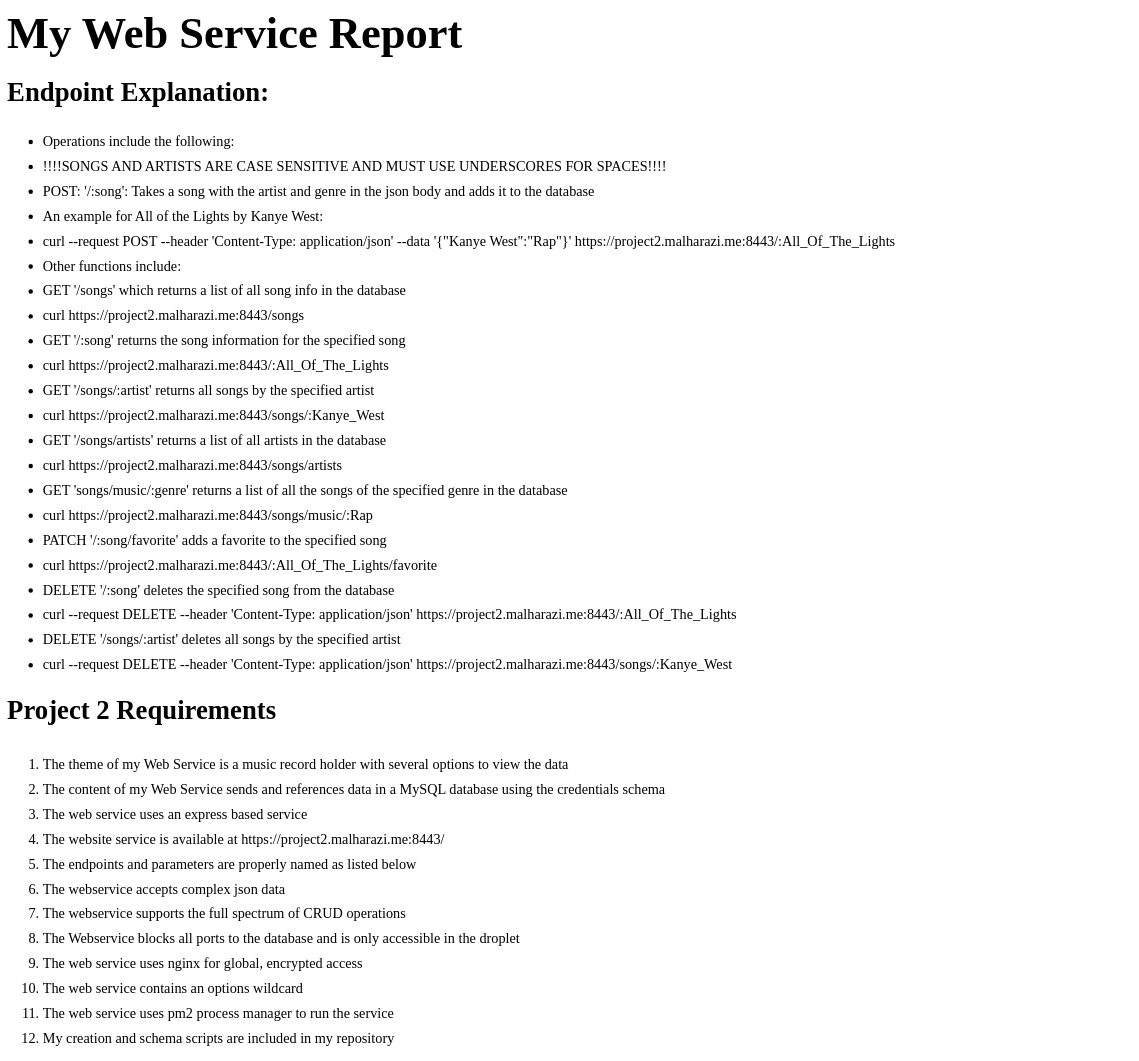
Repository: alharama/WebService
Page: report.html
The author's editor kept a copy of each file at every save. The page is drawn from the files as they stood at one save, then again after the next save.
The browser window is 1280 px wide. The pictures show the whole page, at 89% of full size.

Above is the page before, as saved 2021-11-01 19:45:48.

### report.html
<!DOCTYPE html>
<html lang="en">
  <head>
    <title>Web Service Report</title>

    <style>
      header {
        font-size: 50px;
        font-weight: bold;
      }

      h1 {
        font-size: 30px;
        font-weight: bold;
      }

      h2 {
        font-size: 30px;
        font-weight: bold;
      }

      li {
        padding-top: 10px;
      }

      li .ex {
        padding-top: 10px;
        list-style-type: none;
        font-weight: bold;
      }
    </style>
  </head>

  <body>
    <header>My Web Service Report</header>

    <h1>Endpoint Explanation:</h1>
    <ul>
      <li>Operations include the following:</li>
      <li>
        !!!!SONGS AND ARTISTS ARE CASE SENSITIVE AND MUST USE UNDERSCORES FOR
        SPACES!!!!
      </li>
      <li>
        POST: '/:song': Takes a song with the artist and genre in the json body
        and adds it to the database
      </li>
      <li>An example for All of the Lights by Kanye West:</li>
      <li class="ex">
        curl --request POST --header 'Content-Type: application/json' --data
        '{"Kanye West":"Rap"}'
        https://project2.malharazi.me:8443/:All_Of_The_Lights
      </li>
      <li>Other functions include:</li>
      <li>
        GET '/songs' which returns a list of all song info in the database
      </li>

      <li class="ex">curl https://project2.malharazi.me:8443/songs</li>
      <li>GET '/:song' returns the song information for the specified song</li>
      <li class="ex">
        curl https://project2.malharazi.me:8443/:All_Of_The_Lights
      </li>
      <li>GET '/songs/:artist' returns all songs by the specified artist</li>
      <li class="ex">
        curl https://project2.malharazi.me:8443/songs/:Kanye_West
      </li>
      <li>
        GET '/songs/artists' returns a list of all artists in the database
      </li>
      <li class="ex">curl https://project2.malharazi.me:8443/songs/artists</li>
      <li>
        GET 'songs/music/:genre' returns a list of all the songs of the
        specified genre in the database
      </li>
      <li class="ex">
        curl https://project2.malharazi.me:8443/songs/music/:Rap
      </li>
      <li>PATCH '/:song/favorite' adds a favorite to the specified song</li>
      <li class="ex">
        curl https://project2.malharazi.me:8443/:All_Of_The_Lights/favorite
      </li>
      <li>DELETE '/:song' deletes the specified song from the database</li>
      <li class="ex">
        curl --request DELETE --header 'Content-Type: application/json'
        https://project2.malharazi.me:8443/:All_Of_The_Lights
      </li>
      <li>DELETE '/songs/:artist' deletes all songs by the specified artist</li>
      <li class="ex">
        curl --request DELETE --header 'Content-Type: application/json'
        https://project2.malharazi.me:8443/songs/:Kanye_West
      </li>
    </ul>

    <h2>Project 2 Requirements</h2>
    <ol>
      <li>
        The theme of my Web Service is a music record holder with several
        options to view the data
      </li>
      <li>
        The content of my Web Service sends and references data in a MySQL
        database using the credentials schema
      </li>
      <li>The web service uses an express based service</li>
      <li>
        The website service is available at https://project2.malharazi.me:8443/
      </li>
      <li>The endpoints and parameters are properly named as listed below</li>
      <li>The webservice accepts complex json data</li>
      <li>The webservice supports the full spectrum of CRUD operations</li>
      <li>
        The Webservice blocks all ports to the database and is only accessible
        in the droplet
      </li>
      <li>The web service uses nginx for global, encrypted access</li>
      <li>The web service contains an options wildcard</li>
      <li>The web service uses pm2 process manager to run the service</li>
      <li>My creation and schema scripts are included in my repository</li>
    </ol>
  </body>
</html>

After the next save:
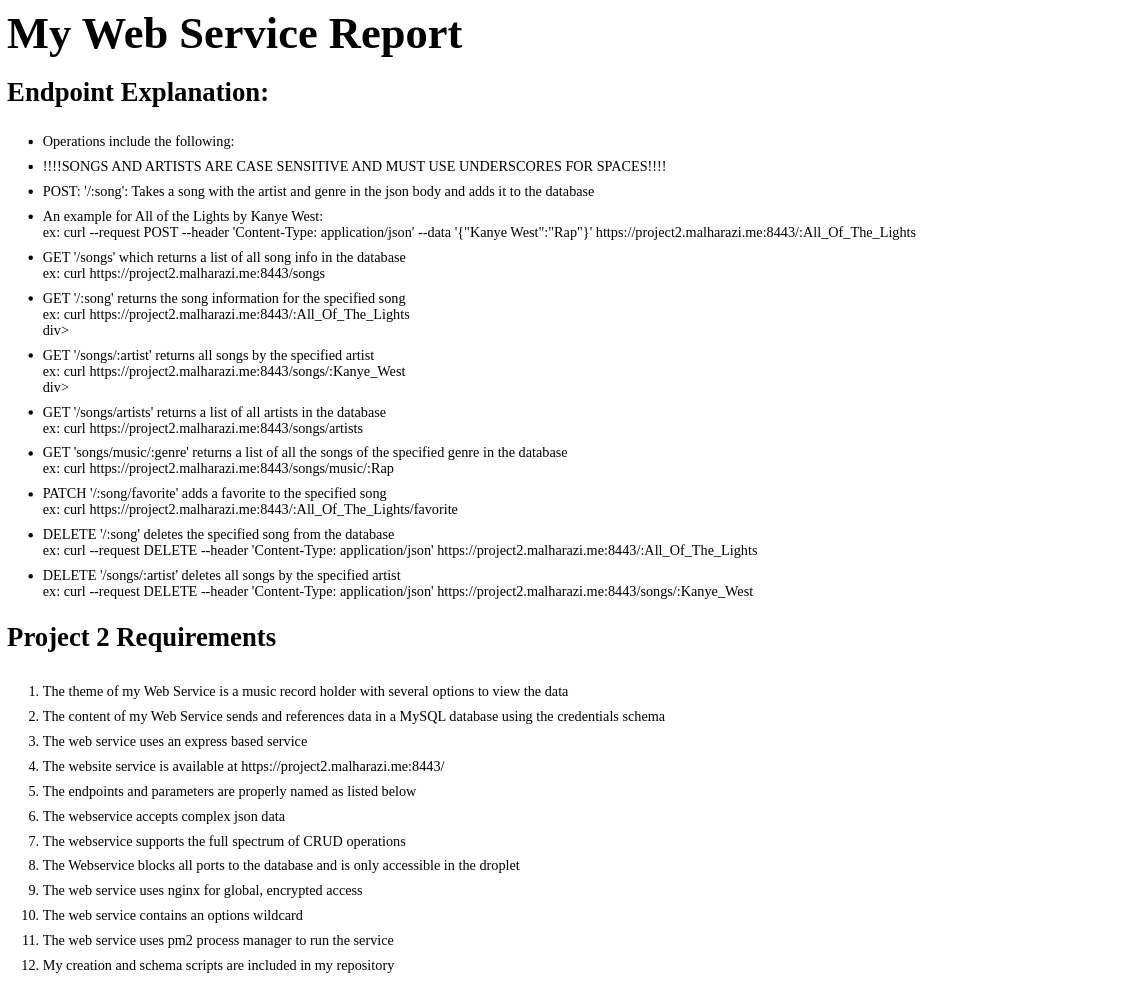
Saved 4 min 30 s later.
--- a/report.html
+++ b/report.html
@@ -46,50 +46,45 @@
         and adds it to the database
       </li>
       <li>An example for All of the Lights by Kanye West:</li>
-      <li class="ex">
-        curl --request POST --header 'Content-Type: application/json' --data
+      <div>
+        ex: curl --request POST --header 'Content-Type: application/json' --data
         '{"Kanye West":"Rap"}'
         https://project2.malharazi.me:8443/:All_Of_The_Lights
-      </li>
-      <li>Other functions include:</li>
+      </div>
       <li>
         GET '/songs' which returns a list of all song info in the database
       </li>
 
-      <li class="ex">curl https://project2.malharazi.me:8443/songs</li>
+      <div>ex: curl https://project2.malharazi.me:8443/songs</div>
       <li>GET '/:song' returns the song information for the specified song</li>
-      <li class="ex">
-        curl https://project2.malharazi.me:8443/:All_Of_The_Lights
-      </li>
+      <div>ex: curl https://project2.malharazi.me:8443/:All_Of_The_Lights</div>
+      div>
       <li>GET '/songs/:artist' returns all songs by the specified artist</li>
-      <li class="ex">
-        curl https://project2.malharazi.me:8443/songs/:Kanye_West
-      </li>
+      <div>ex: curl https://project2.malharazi.me:8443/songs/:Kanye_West</div>
+      div>
       <li>
         GET '/songs/artists' returns a list of all artists in the database
       </li>
-      <li class="ex">curl https://project2.malharazi.me:8443/songs/artists</li>
+      <div>ex: curl https://project2.malharazi.me:8443/songs/artists</div>
       <li>
         GET 'songs/music/:genre' returns a list of all the songs of the
         specified genre in the database
       </li>
-      <li class="ex">
-        curl https://project2.malharazi.me:8443/songs/music/:Rap
-      </li>
+      <div>ex: curl https://project2.malharazi.me:8443/songs/music/:Rap</div>
       <li>PATCH '/:song/favorite' adds a favorite to the specified song</li>
-      <li class="ex">
-        curl https://project2.malharazi.me:8443/:All_Of_The_Lights/favorite
-      </li>
+      <div>
+        ex: curl https://project2.malharazi.me:8443/:All_Of_The_Lights/favorite
+      </div>
       <li>DELETE '/:song' deletes the specified song from the database</li>
-      <li class="ex">
-        curl --request DELETE --header 'Content-Type: application/json'
+      <div>
+        ex: curl --request DELETE --header 'Content-Type: application/json'
         https://project2.malharazi.me:8443/:All_Of_The_Lights
-      </li>
+      </div>
       <li>DELETE '/songs/:artist' deletes all songs by the specified artist</li>
-      <li class="ex">
-        curl --request DELETE --header 'Content-Type: application/json'
+      <div>
+        ex: curl --request DELETE --header 'Content-Type: application/json'
         https://project2.malharazi.me:8443/songs/:Kanye_West
-      </li>
+      </div>
     </ul>
 
     <h2>Project 2 Requirements</h2>
